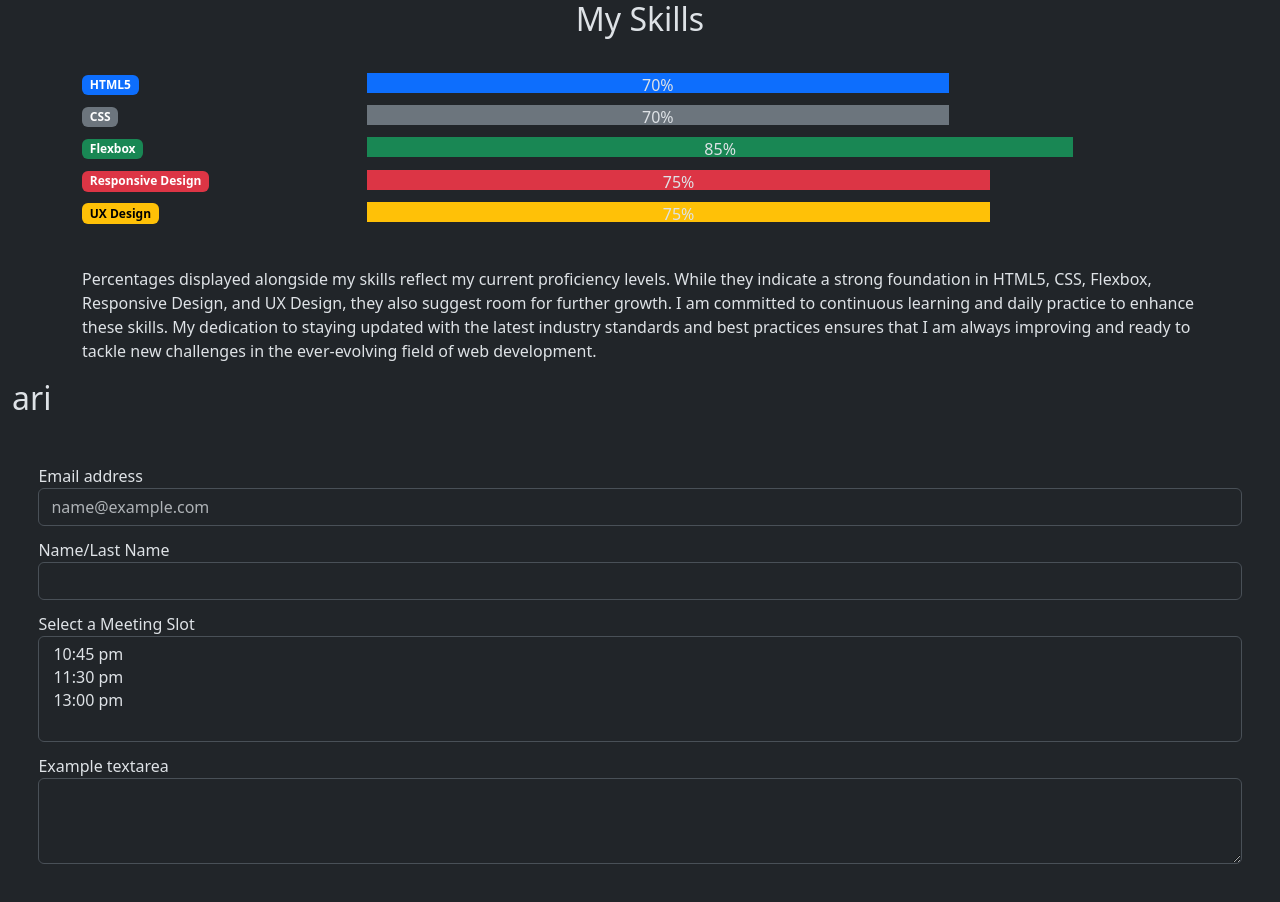
Repository: uvee35/Bootstrap-Portfolio
Page: index.html
These files come from the project's save history. The page is drawn as it stood at one moment and after the next save; the edit follows.
The browser window is 1280 px wide. The pictures show the part of the page from y = 1074 to 1976 px (the page is 1976 px tall before and 1920 px after).
A picture or video elsewhere on the page could not be fetched, so the positions and the page height are approximate.

Above is the page before, as saved 2023-12-18 20:07:10.

### index.html
<!DOCTYPE html>
<html lang="en" data-bs-theme="dark">
  <head>
    <meta charset="utf-8" />
    <meta name="viewport" content="width=device-width, initial-scale=1" />
    <title>Bootstrap demo</title>
    <link
      href="https://cdn.jsdelivr.net/npm/bootstrap@5.3.2/dist/css/bootstrap.min.css"
      rel="stylesheet"
      integrity="sha384-T3c6CoIi6uLrA9TneNEoa7RxnatzjcDSCmG1MXxSR1GAsXEV/Dwwykc2MPK8M2HN"
      crossorigin="anonymous"
    />
    <link rel="stylesheet" href="./css/style.css" />
    <link
      rel="stylesheet"
      href="https://cdnjs.cloudflare.com/ajax/libs/font-awesome/5.15.4/css/all.min.css"
    />
  </head>
  <body>
    <!-- Navbar -->
    <nav class="navbar navbar-expand-lg navbar-light bg-dark">
      <div class="container-fluid">
        <!-- Brand/logo -->
        <a class="navbar-brand" href="#home">Victor Marques</a>
        <i class="fab fa-html5"></i>

        <!-- Toggle button for small screens -->
        <button
          class="navbar-toggler"
          type="button"
          data-bs-toggle="collapse"
          data-bs-target="#navbarNavAltMarkup"
          aria-controls="navbarNavAltMarkup"
          aria-expanded="false"
          aria-label="Toggle navigation"
        >
          <span class="navbar-toggler-icon"></span>
        </button>

        <!-- Navbar links -->
        <div
          class="collapse navbar-collapse justify-content-end"
          id="navbarNavAltMarkup"
        >
          <div class="navbar-nav">
            <a class="nav-link" href="#about-me">About Me</a>
            <a class="nav-link" href="#work">Work</a>
            <a class="nav-link" href="#work">Skills</a>
            <a class="nav-link" href="#contact">Contact</a>
          </div>
        </div>
      </div>
    </nav>

    <!-- Hero Section -->
    <section class="hero-section bg-dark text-center py-5">
      <div class="container">
        <img
          src="./css/images/victor.JPG"
          alt="Your Name"
          class="rounded-circle mb-3"
          style="width: 150px; height: 150px"
        />
        <h1 class="display-4">Victor Marques</h1>
        <p class="lead">Front-end Developer | Creative Designer</p>
        <p>
          Welcome to my professional portfolio. Here you can find a showcase of
          my work, projects I've contributed to, and the skills I bring to the
          table.
        </p>
      </div>
      <button type="button" class="btn btn-primary btn-lg">Let's Talk</button>
      <button type="button" class="btn btn-secondary btn-lg">My Skills</button>
    </section>

    <!-- Cards -->
    <div class="container-fluid" id="work">
      <div class="row">
        <h1 class="col-12" style="text-align: center; padding-top: 30px">
          My Portfolio
        </h1>
        <!-- Card 1 -->
        <div class="cardContainer col-lg-3 col-md-3 col-sm-6 padding-top">
          <div class="card">
            <img
              src="./css/images/card1photo.png"
              class="card-img-top"
              alt="..."
            />
            <div class="card-body">
              <h4 class="card-title">Horiseon Website</h4>
              <p class="card-text">
                Horiseon is a website crafted with HTML and CSS, focusing on
                accessibility and search engine optimization...
              </p>
              <a
                href="https://uvee35.github.io/Victor-Module1Challenge/"
                class="btn btn-primary"
                >See Live Demo</a
              >
            </div>
          </div>
        </div>
        <!-- End card 1 -->

        <!-- Card 2 -->
        <div class="cardContainer col-lg-3 col-md-3 col-sm-6">
          <div class="card">
            <img src="./css/images/card2.png" class="card-img-top" alt="..." />
            <div class="card-body">
              <h4 class="card-title">Portfolio</h4>
              <p class="card-text">
                This portfolio website, built using HTML, CSS, and Flexbox,
                features a modern and responsive design...
              </p>
              <a
                href="https://uvee35.github.io/Challenge2-Victor/."
                class="btn btn-primary"
                >See Live Demo</a
              >
            </div>
          </div>
        </div>
        <!-- End card 2 -->

        <!-- Card 3 -->
        <div class="cardContainer col-lg-3 col-md-3 col-sm-6">
          <div class="card">
            <img src="./css/images/card3.png" class="card-img-top" alt="..." />
            <div class="card-body">
              <h4 class="card-title">NiceAdmin</h4>
              <p class="card-text">
                NiceAdmin is a website designed using HTML, CSS, and Bootstrap,
                offering a user-friendly admin and dashboard interface...
              </p>
              <a
                href="https://bootstrapmade.com/demo/NiceAdmin/"
                class="btn btn-primary"
                >See Live Demo</a
              >
            </div>
          </div>
        </div>
        <!-- End card 3 -->
        <!-- Card 4 -->
        <div class="cardContainer col-lg-3 col-md-3 col-sm-6">
          <div class="card">
            <img src="./css/images/card4.png" class="card-img-top" alt="..." />
            <div class="card-body">
              <h4 class="card-title">EstateAgency</h4>
              <p class="card-text">
                EstateAgency is a sleek, Bootstrap-based real estate website
                template, ideal for agencies and realtors...
              </p>
              <a
                href="https://bootstrapmade.com/demo/EstateAgency/"
                class="btn btn-primary"
                >See Live Demo</a
              >
            </div>
          </div>
        </div>
        <!-- End card 4 -->
      </div>
    </div>
    <!-- End cards -->

    <!-- Skills Section -->
    <div class="container-fluid" id="Skills">
      <div class="row mb-4">
        <h2 class="col-12" style="text-align: center; padding-top: 20px">
          My Skills
        </h2>
      </div>

      <div class="container">
        <div class="row align-items-center mb-2">
          <div class="col-md-3">
            <span class="badge text-bg-primary">HTML5</span>
          </div>
          <div class="col-md-9">
            <div
              class="bg-primary"
              style="width: 70%; height: 20px; text-align: center"
            >
              70%
            </div>
          </div>
        </div>
        <div class="row align-items-center mb-2">
          <div class="col-md-3">
            <span class="badge text-bg-secondary">CSS</span>
          </div>
          <div class="col-md-9">
            <div
              class="bg-secondary"
              style="width: 70%; height: 20px; text-align: center"
            >
              70%
            </div>
          </div>
        </div>
        <div class="row align-items-center mb-2">
          <div class="col-md-3">
            <span class="badge text-bg-success">Flexbox</span>
          </div>
          <div class="col-md-9">
            <div
              class="bg-success"
              style="width: 85%; height: 20px; text-align: center"
            >
              85%
            </div>
          </div>
        </div>
        <div class="row align-items-center mb-2">
          <div class="col-md-3">
            <span class="badge text-bg-danger">Responsive Design</span>
          </div>
          <div class="col-md-9">
            <div
              class="bg-danger"
              style="width: 75%; height: 20px; text-align: center"
            >
              75%
            </div>
          </div>
        </div>
        <div class="row align-items-center mb-2">
          <div class="col-md-3">
            <span class="badge text-bg-warning">UX Design</span>
          </div>
          <div class="col-md-9">
            <div
              class="bg-warning"
              style="width: 75%; height: 20px; text-align: center"
            >
              75%
            </div>
          </div>
        </div>

        <p style="padding-top: 35px">
          Percentages displayed alongside my skills reflect my current
          proficiency levels. While they indicate a strong foundation in HTML5,
          CSS, Flexbox, Responsive Design, and UX Design, they also suggest room
          for further growth. I am committed to continuous learning and daily
          practice to enhance these skills. My dedication to staying updated
          with the latest industry standards and best practices ensures that I
          am always improving and ready to tackle new challenges in the
          ever-evolving field of web development.
        </p>
      </div>
    </div>

    <!-- Contact Me -->
    <h2 class="container-fluid"  id="contact-me" style="display: flexbox; justify-content: center;">ari</h2>
    <form style="padding: 3%;"
      <div class="form-group">
        <label for="exampleFormControlInput1">Email address</label>
        <input
          type="email"
          class="form-control"
          id="exampleFormControlInput1"
          placeholder="name@example.com"
        />
      </div>
      <div class="form-group" style="margin-top: 1%;">
        <label for="exampleFormControlInput1">Name/Last Name</label>
        <input
          type="text"
          class="form-control"
          id="description"


        />
      </div>
      <div class="form-group"style="margin-top: 1%">
        <label for="exampleFormControlSelect2">Select a Meeting Slot</label>
        <select multiple class="form-control" id="exampleFormControlSelect2">
          <option>10:45 pm</option>
          <option>11:30 pm</option>
          <option>13:00 pm</option>

        </select>
      </div>
      <div class="form-group"style="margin-top: 1%">
        <label for="exampleFormControlTextarea1">Example textarea</label>
        <textarea
          class="form-control"
          id="exampleFormControlTextarea1"
          rows="3"
        ></textarea>
      </div>
    </form>

    <script
      src="https://cdn.jsdelivr.net/npm/bootstrap@5.3.2/dist/js/bootstrap.bundle.min.js"
      integrity="sha384-C6RzsynM9kWDrMNeT87bh95OGNyZPhcTNXj1NW7RuBCsyN/o0jlpcV8Qyq46cDfL"
      crossorigin="anonymous"
    ></script>
  </body>
</html>

### css/style.css
.hero-section {
    background-color: #121212; /* Dark background color */
    color: #ffffff; /* White text color for contrast */
    position: relative; /* Position relative for absolute positioning of buttons */
    z-index: 1; /* Ensure the layering is correct */
  }


  .hero-buttons {
    position: absolute;
    bottom: 20px;
    left: 50%;
    transform: translateX(-50%); /* Center the buttons */
    z-index: 2; /* Above the background image */
  }

  /* If you have a specific background image you want to use */
  .hero-section {
    background-image: url('./images/planet-1702788_1920.jpg');
    background-size: cover;
    background-position: center;
  }

After the next save:
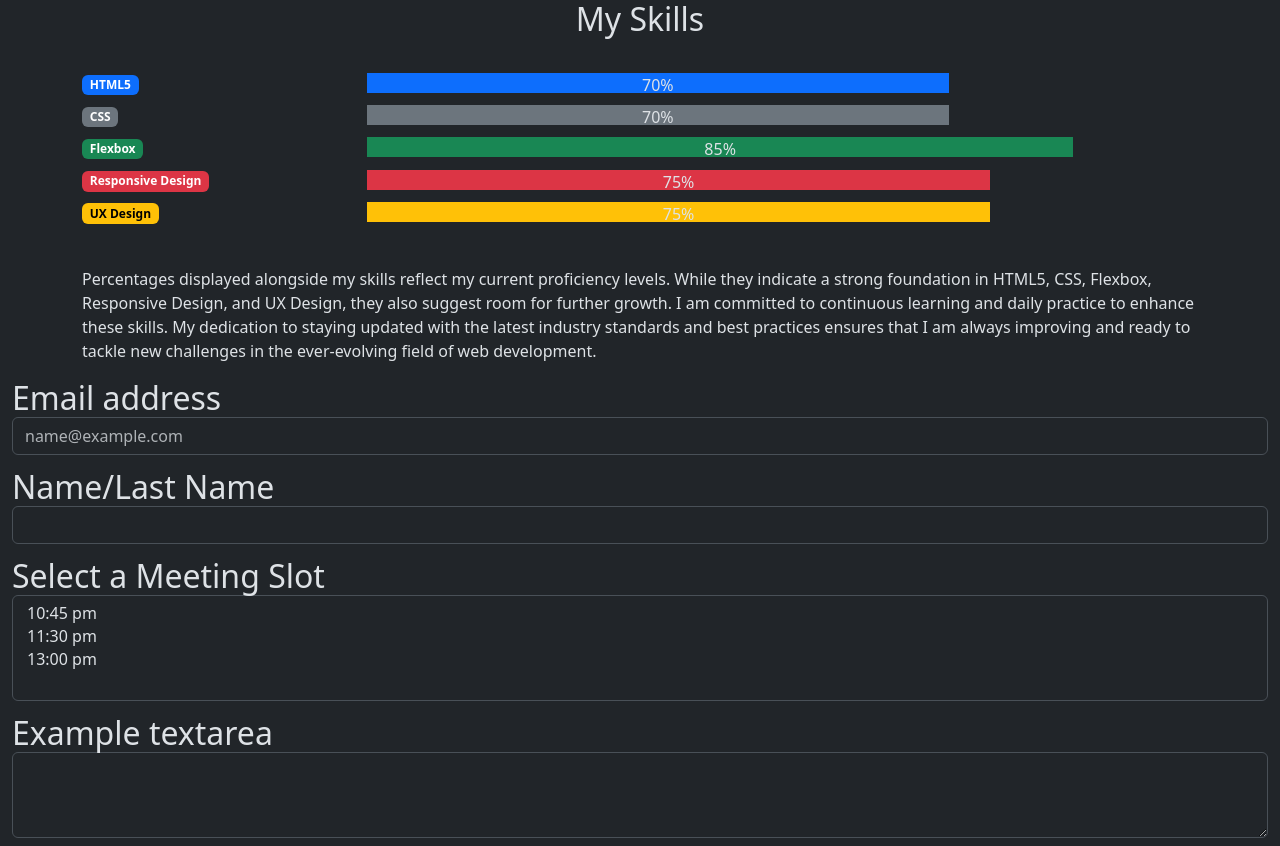
Saved 22 s later.
--- a/index.html
+++ b/index.html
@@ -254,7 +254,7 @@
     </div>
 
     <!-- Contact Me -->
-    <h2 class="container-fluid"  id="contact-me" style="display: flexbox; justify-content: center;">ari</h2>
+    <h2 class="container-fluid"  id="contact-me" style="align-items: center;></h2>
     <form style="padding: 3%;"
       <div class="form-group">
         <label for="exampleFormControlInput1">Email address</label>

After the 2 saves that followed:
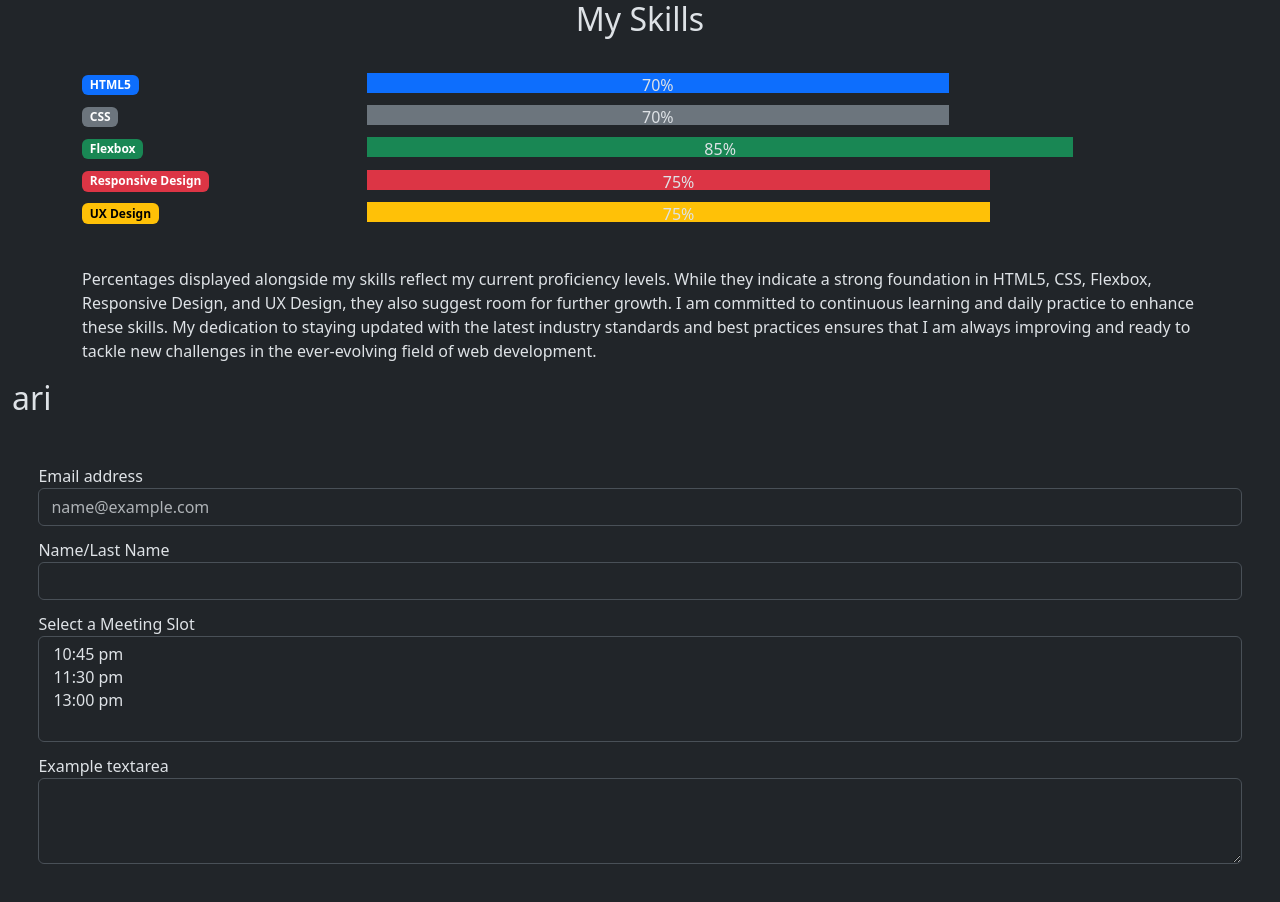
The 2 saves are shown as one change because 1 left the picture as it was.
The last was saved 9 s later.
--- a/index.html
+++ b/index.html
@@ -254,7 +254,7 @@
     </div>
 
     <!-- Contact Me -->
-    <h2 class="container-fluid"  id="contact-me" style="align-items: center;></h2>
+    <h2 class="container-fluid"  id="contact-me" style="display: flexbox; justify-content: center;">ari</h2>
     <form style="padding: 3%;"
       <div class="form-group">
         <label for="exampleFormControlInput1">Email address</label>
